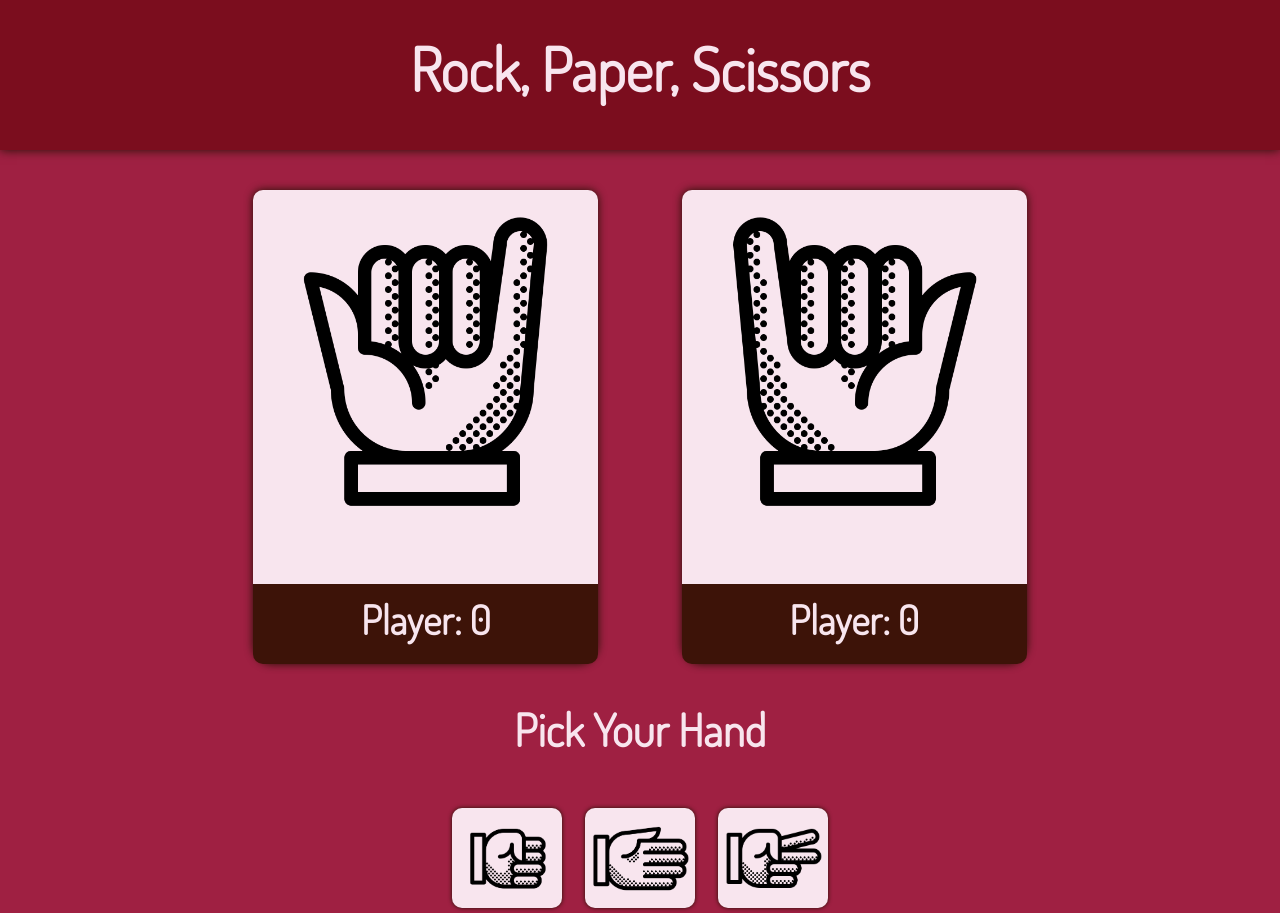
Repository: shayanabedi98/rock-paper-scissors
Page: index.html
An editor plug-in stored every save of this project. The page is shown before and after the next save, followed by the edit.
The browser window is 1280 px wide. The pictures show the whole page.

Above is the page before, as saved 2023-07-14 01:47:37.

After the next save:
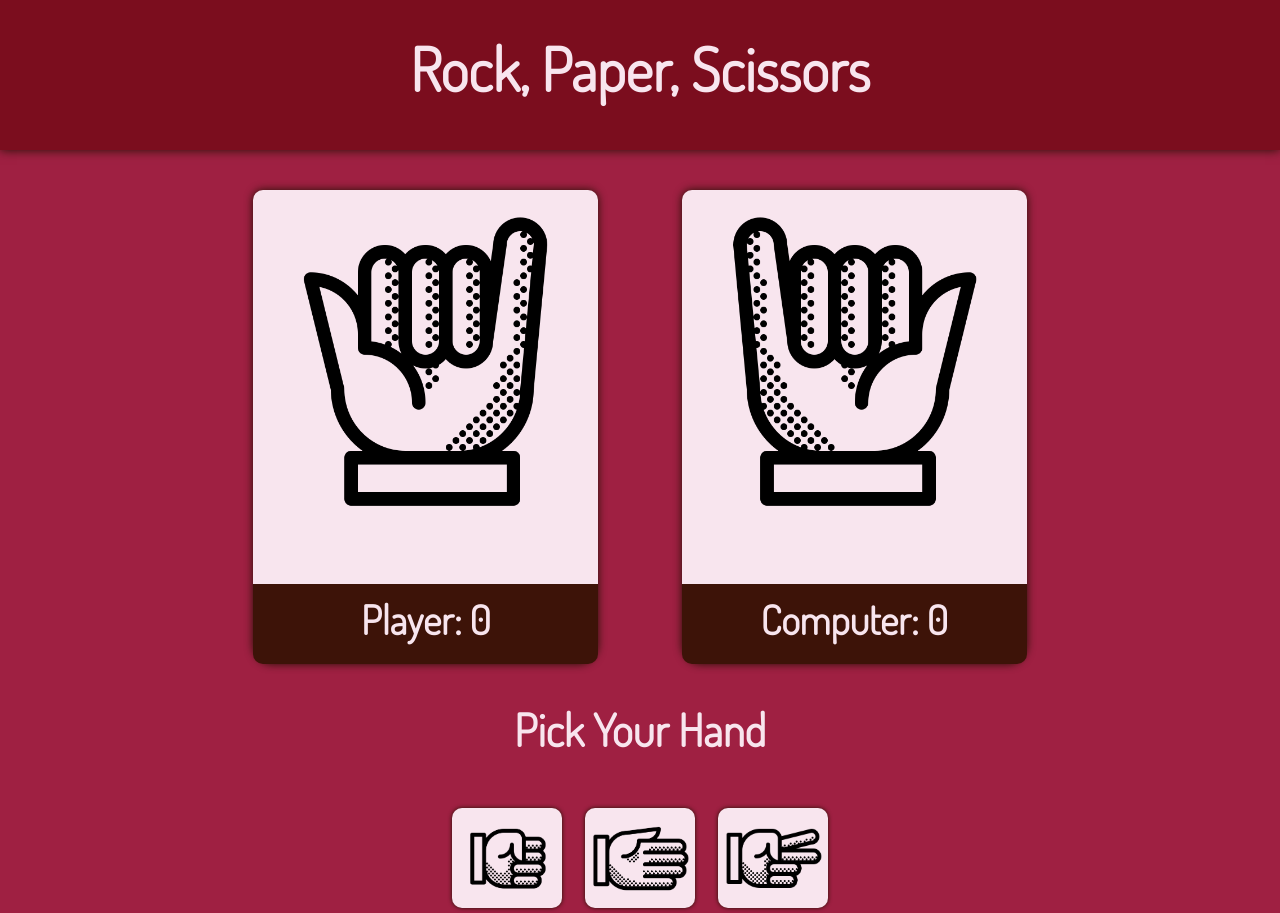
Saved 10 s later.
--- a/index.js
+++ b/index.js
@@ -66,4 +66,4 @@ for (let i = 0; i < btn.length; i ++){
 };
 
 document.querySelector('.player h3').innerHTML = 'Player: ' + scoreP;
-document.querySelector('.computer h3').innerHTML = 'Player: ' + scoreC;
+document.querySelector('.computer h3').innerHTML = 'Computer: ' + scoreC;
